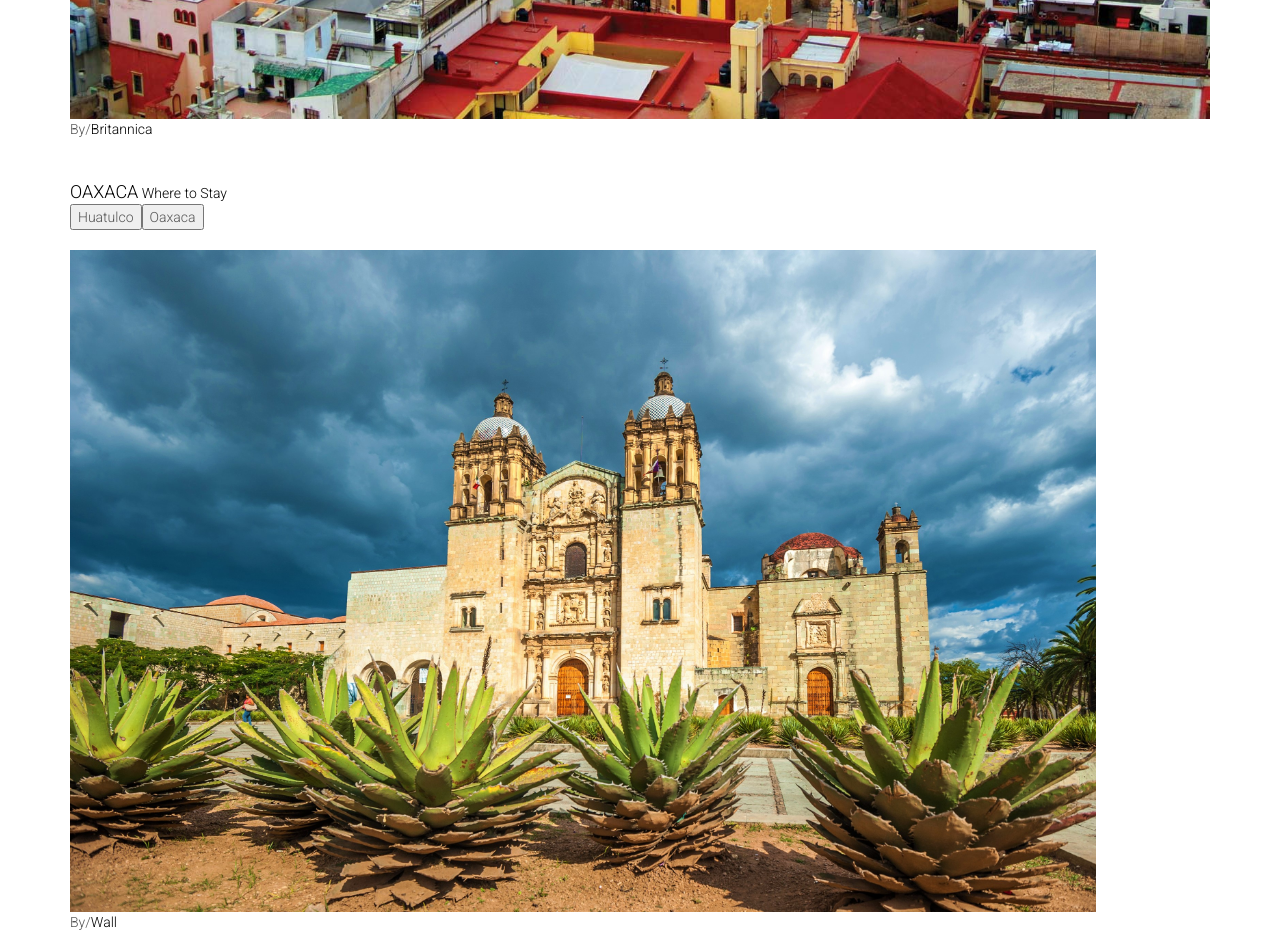
Repository: navegantemx/holiday-destination
Page: destinations.html
The author's editor kept a record of every edit. The page is drawn from the files as they stood at one moment, then again after the next edit.
The browser window is 1280 px wide. The pictures show the part of the page from y = 4263 to 5215 px (the page is 8489 px tall before and 8563 px after).
A picture or video elsewhere on the page could not be fetched, so the positions and the page height are approximate. Some web libraries are served in a nearby version.

Above is the page before.

After the next edit:
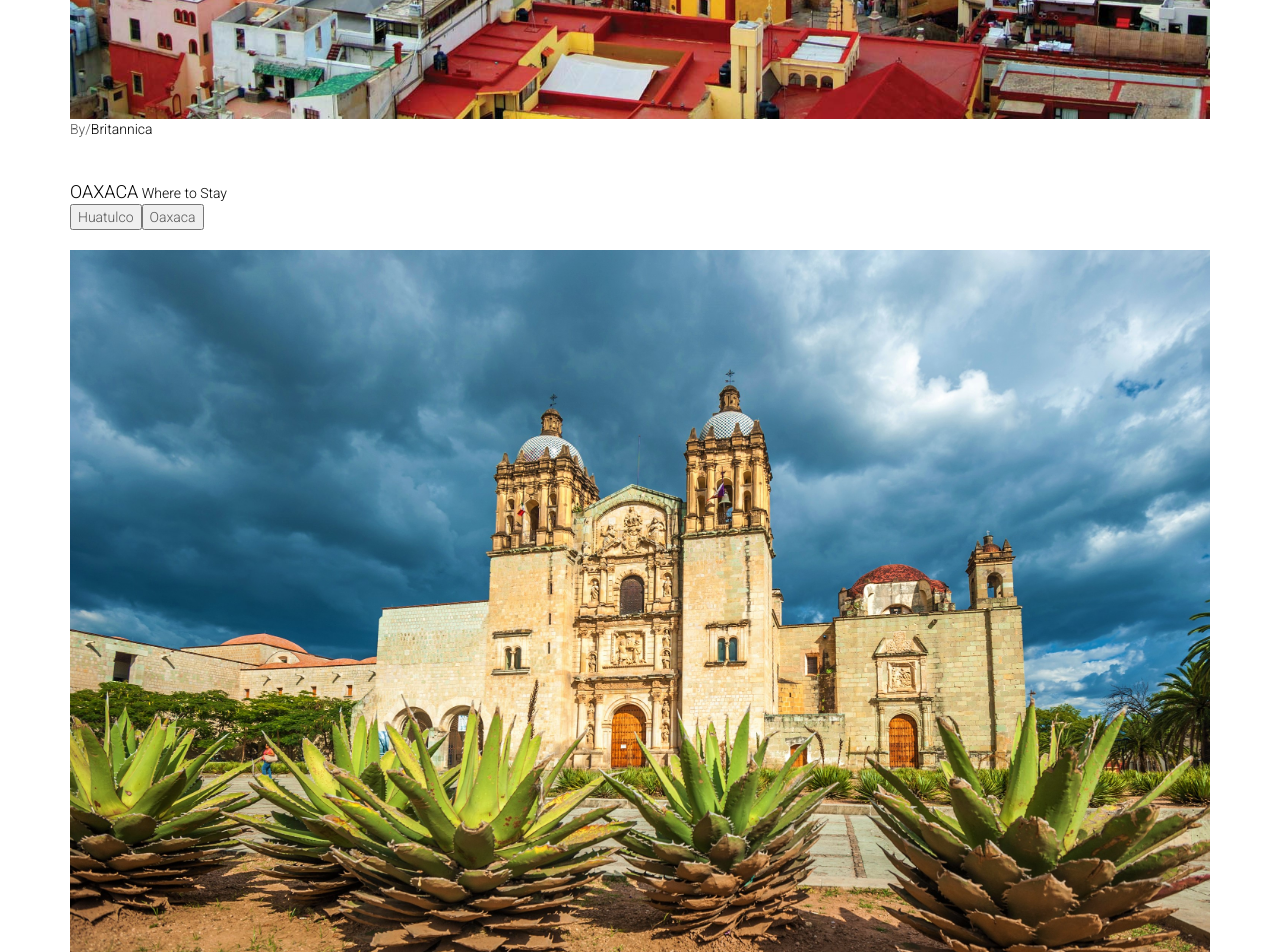
The edit:
--- a/destinations.html
+++ b/destinations.html
@@ -100,7 +100,7 @@
         <a href="//www.touropia.com/checkin?city=Oaxaca,Mexico" target="_blank" class="fancybox">Where to Stay</a><br>
         <button id="oaxacaButton">Huatulco</button><span><button id="huatulcoButton">Oaxaca</button></span><br><br>
         <div class="image_640">
-            <img id="oaxacaImage" src= assets/images/oaxaca_oaxaca_01.jpg width="90%"><br>
+            <img id="oaxacaImage" src= assets/images/oaxaca_oaxaca_01.jpg width="100%"><br>
             <span class="photo-credit">By/<a href="https://wall.alphacoders.com/big.php?i=946712" target="_blank">Wall</a></span>
         </div>
         <br><br>
